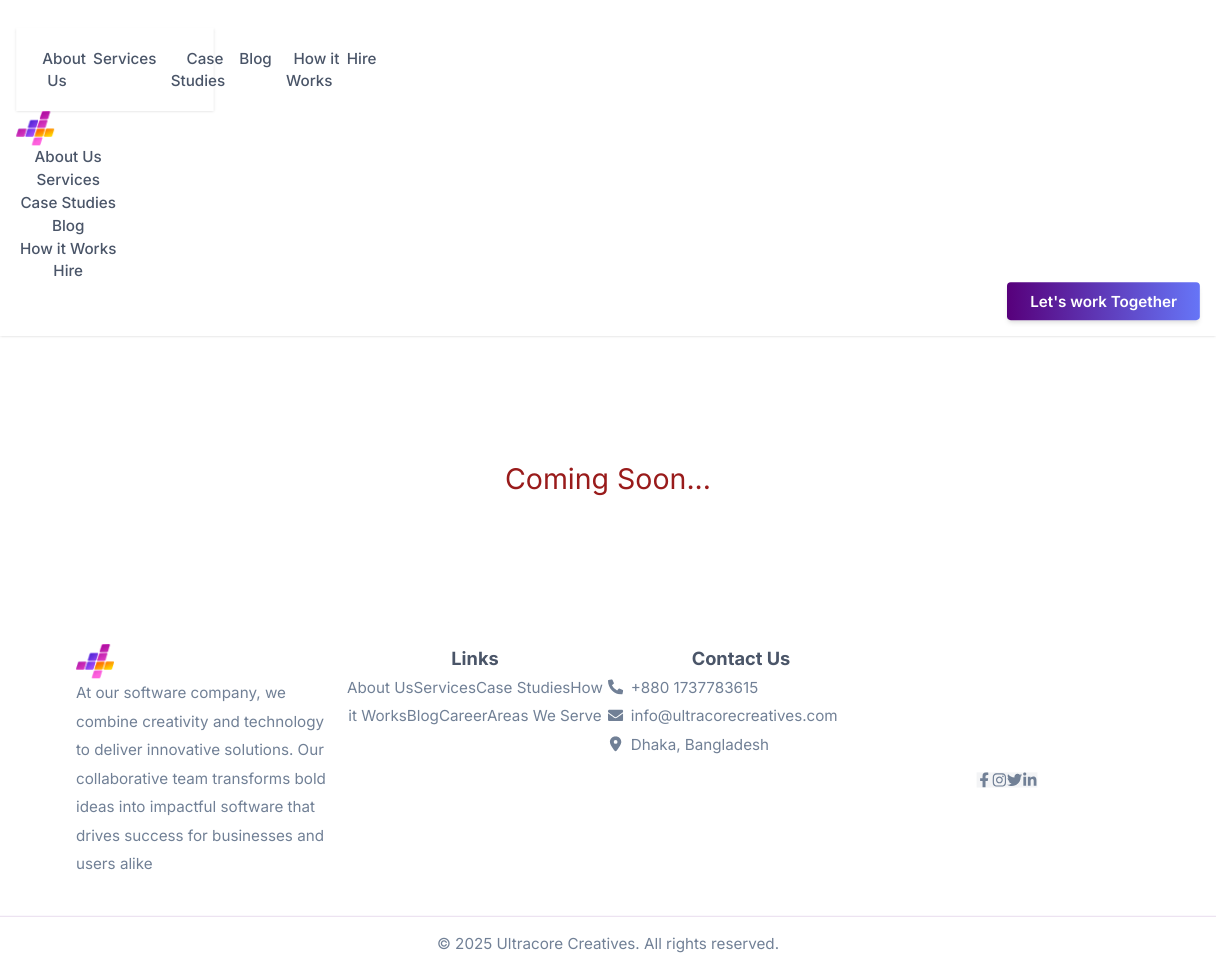
Repository: nazifat/ultra-core
Page: /services
An editor plug-in stored every save of this project. The page is shown before and after the next save, followed by the edit.
The browser window is 1280 px wide. The pictures show the whole page, at 95% of full size.
The project was rebuilt for these pictures with package versions that can differ from the ones it lists, and the page was loaded fresh each time. Also part of the build but not shown: vite.config.js, src/App.jsx, src/Pages/ErrorPage/ErrorPage.jsx, src/Components/Divider/Divider.jsx, src/Components/CustomHeader/CustomHeader.jsx, src/Pages/Home/Approach/Approach.jsx, src/Pages/Home/Banner/Banner.jsx, src/Pages/Home/BoldIdeas/BoldIdeas.jsx and 22 more.

Above is the page before, as saved 2025-07-09 16:30:18.

After the next save:
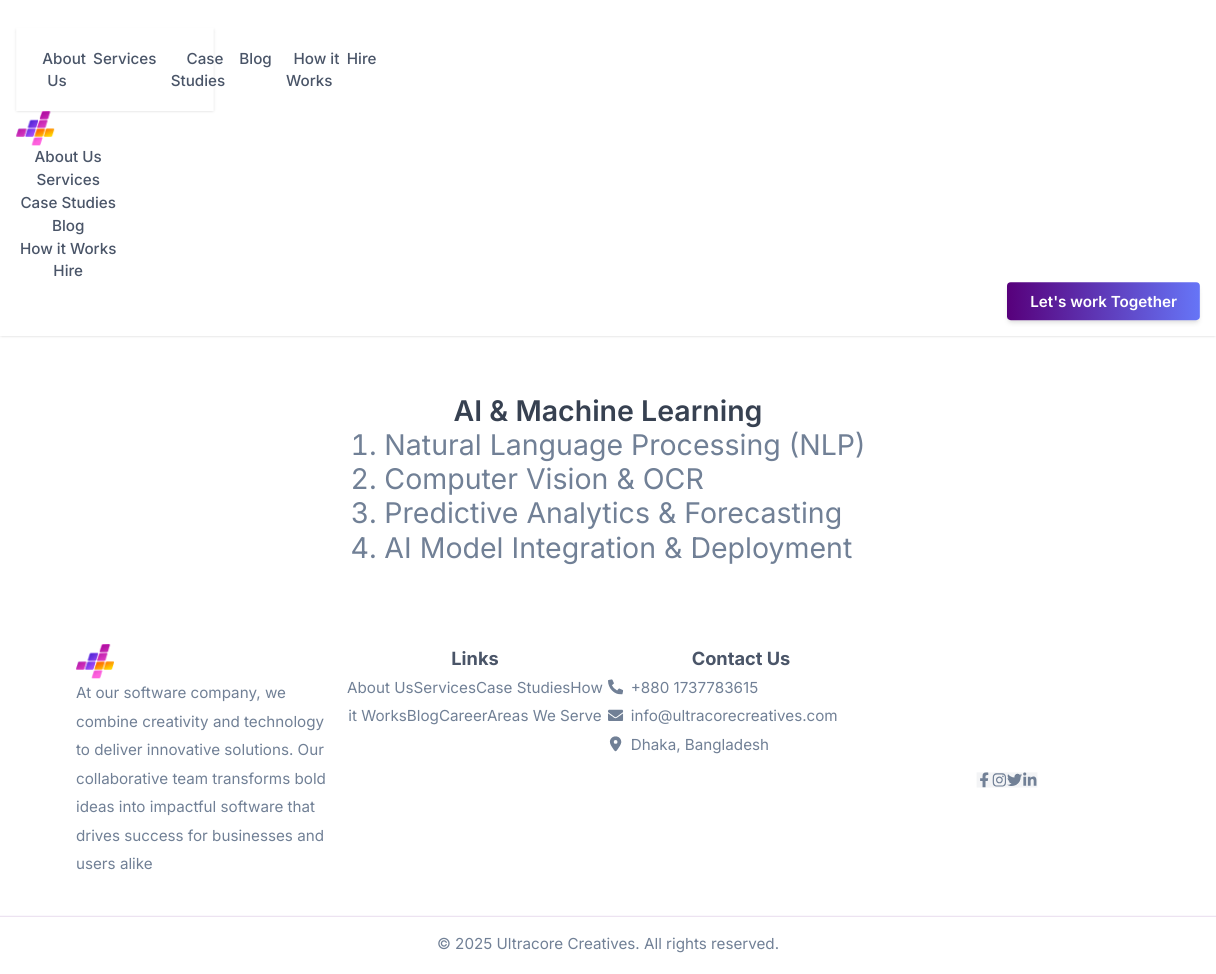
Saved 20 h 33 min later.
--- a/src/Pages/Services/Services.jsx
+++ b/src/Pages/Services/Services.jsx
@@ -4,8 +4,20 @@ const Services = () => {
     return (
         <div className='h-[300px] items-center flex justify-center'>
             <p className='text-3xl text-red-800'>
+                <div className='service-area'>
+                    <div className="">
+                        <h2 className="card-title font-semibold text-gray-700">
+                            AI & Machine Learning
+                        </h2>
+                        <ol className='text-left text-[#718096] list-decimal list-inside  '>
+                            <li>Natural Language Processing (NLP)</li>
+                            <li>Computer Vision & OCR</li>
+                            <li>Predictive Analytics & Forecasting</li>
+                            <li>AI Model Integration & Deployment</li>
+                        </ol>
 
-                Coming Soon...
+                    </div>
+                </div>
 
             </p>
         </div>
